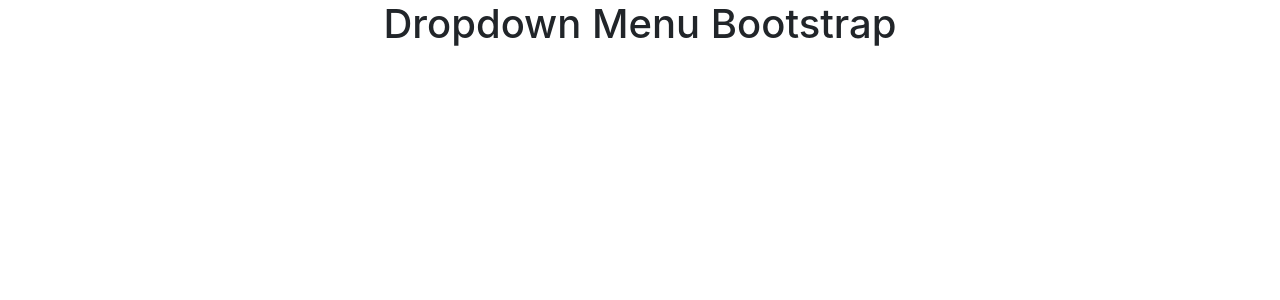
Repository: anhtu2110/front_end
Page: lesson/bootstrap/advance/5.5-dropdown-menu.html
These files come from the project's save history. The page is drawn as it stood at one moment and after the next save; the edit follows.
The browser window is 1280 px wide. The pictures show the whole page.

Above is the page before, as saved 2022-12-07 05:43:20.

### lesson/bootstrap/advance/5.5-dropdown-menu.html
<!DOCTYPE html>
<html lang="en">
  <head>
    <meta charset="UTF-8" />
    <meta http-equiv="X-UA-Compatible" content="IE=edge" />
    <meta name="viewport" content="width=device-width, initial-scale=1.0" />
    <link rel="stylesheet" href="./bootstrap/css/bootstrap.min.css" />
    <title>Dropdown Menu Bootstrap</title>
  </head>
  <body>
    <div class="container">
      <div class="row">
        <div class="col-md-12">
          <h1 class="text-center">Dropdown Menu Bootstrap</h1>
          <div class="dropdown-menu">
            <a class="dropdown-item active" href="#">Text</a>
          </div>
        </div>
      </div>
    </div>
    <script src="js/jquery-3.6.1.min.js"></script>
    <script src="js/popper.min.js"></script>
    <script src="./bootstrap/js/bootstrap.min.js"></script>
  </body>
</html>

Loaded but not shown: lesson/bootstrap/advance/bootstrap/css/bootstrap.min.css (library); lesson/bootstrap/advance/js/jquery-3.6.1.min.js (library); lesson/bootstrap/advance/js/popper.min.js (library); lesson/bootstrap/advance/bootstrap/js/bootstrap.min.js (library)

After the next save:
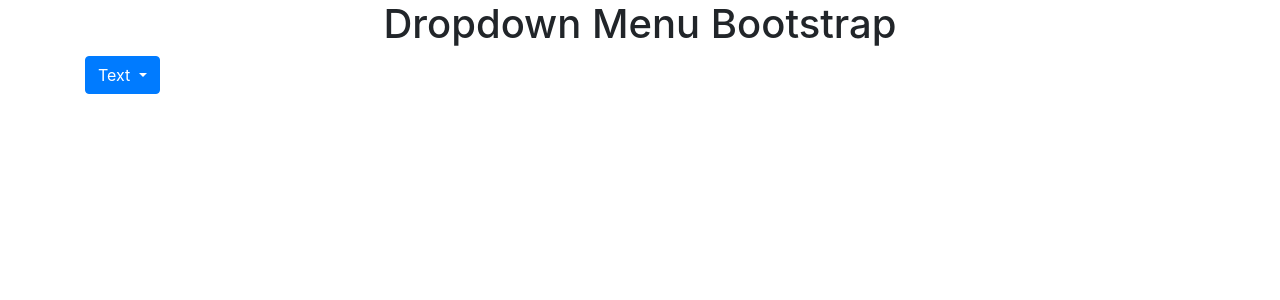
Saved 18 s later.
--- a/lesson/bootstrap/advance/5.5-dropdown-menu.html
+++ b/lesson/bootstrap/advance/5.5-dropdown-menu.html
@@ -12,8 +12,19 @@
       <div class="row">
         <div class="col-md-12">
           <h1 class="text-center">Dropdown Menu Bootstrap</h1>
-          <div class="dropdown-menu">
-            <a class="dropdown-item active" href="#">Text</a>
+          <div class="dropdown">
+            <button
+              id="my-dropdown"
+              class="btn btn-primary dropdown-toggle"
+              data-toggle="dropdown"
+              aria-haspopup="true"
+              aria-expanded="false"
+            >
+              Text
+            </button>
+            <div class="dropdown-menu" aria-labelledby="my-dropdown">
+              <a class="dropdown-item active" href="#">Text</a>
+            </div>
           </div>
         </div>
       </div>
